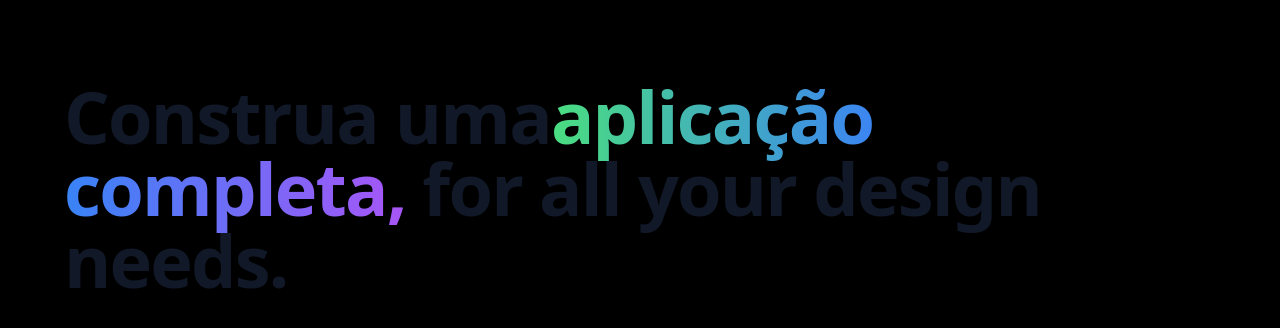
Repository: LuisSempre/Ignite-Lab---ReactJs-2022
Page: /
The author's editor kept a copy of each file at every save. The page is drawn from the files as they stood at one save, then again after the next save.
The browser window is 1280 px wide. The pictures show the whole page.
The project was rebuilt for these pictures with package versions that can differ from the ones it lists, and the page was loaded fresh each time. Also part of the build but not shown: vite.config.ts, components/Header.tsx, components/Lesson.tsx, components/Sidebar.tsx, pages/Event.tsx. Imported but missing from the stored project, and not drawn on this page: components/Video.

Above is the page before, as saved 2022-06-24 23:11:09.

After the next save:
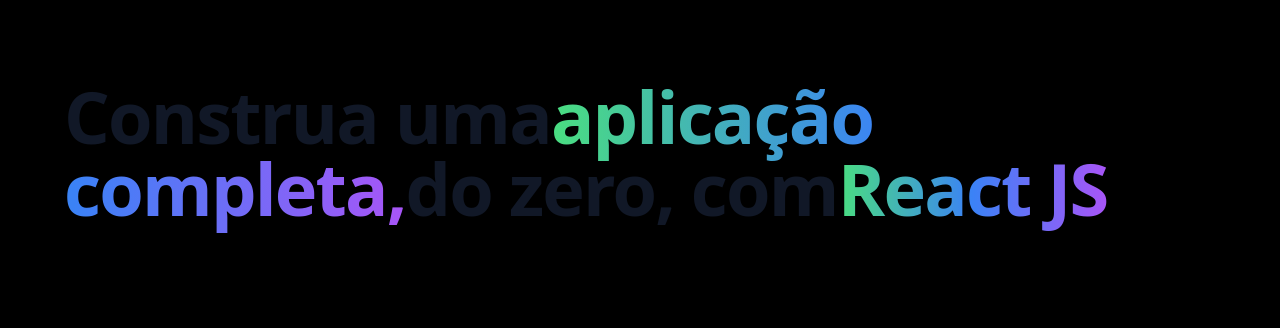
Saved 55 s later.
--- a/pages/Subscribe.tsx
+++ b/pages/Subscribe.tsx
@@ -6,7 +6,9 @@
                 <div>
                 <h1 className="mb-6 text-4xl font-extrabold leading-none tracking-normal text-gray-900 md:text-7xl md:tracking-tight">
                     Construa uma
-                <span className="block w-full text-transparent bg-clip-text bg-gradient-to-r from-green-400 via-blue-500 to-purple-500 lg:inline">aplicação completa,</span> for all your design needs. </h1>
+                <span className="block w-full text-transparent bg-clip-text bg-gradient-to-r from-green-400 via-blue-500 to-purple-500 lg:inline">
+                    aplicação completa,</span>do zero, com
+                    <span className="block w-full text-transparent bg-clip-text bg-gradient-to-r from-green-400 via-blue-500 to-purple-500 lg:inline">React JS</span> </h1>
                 </div>
            </div>
         </div>
